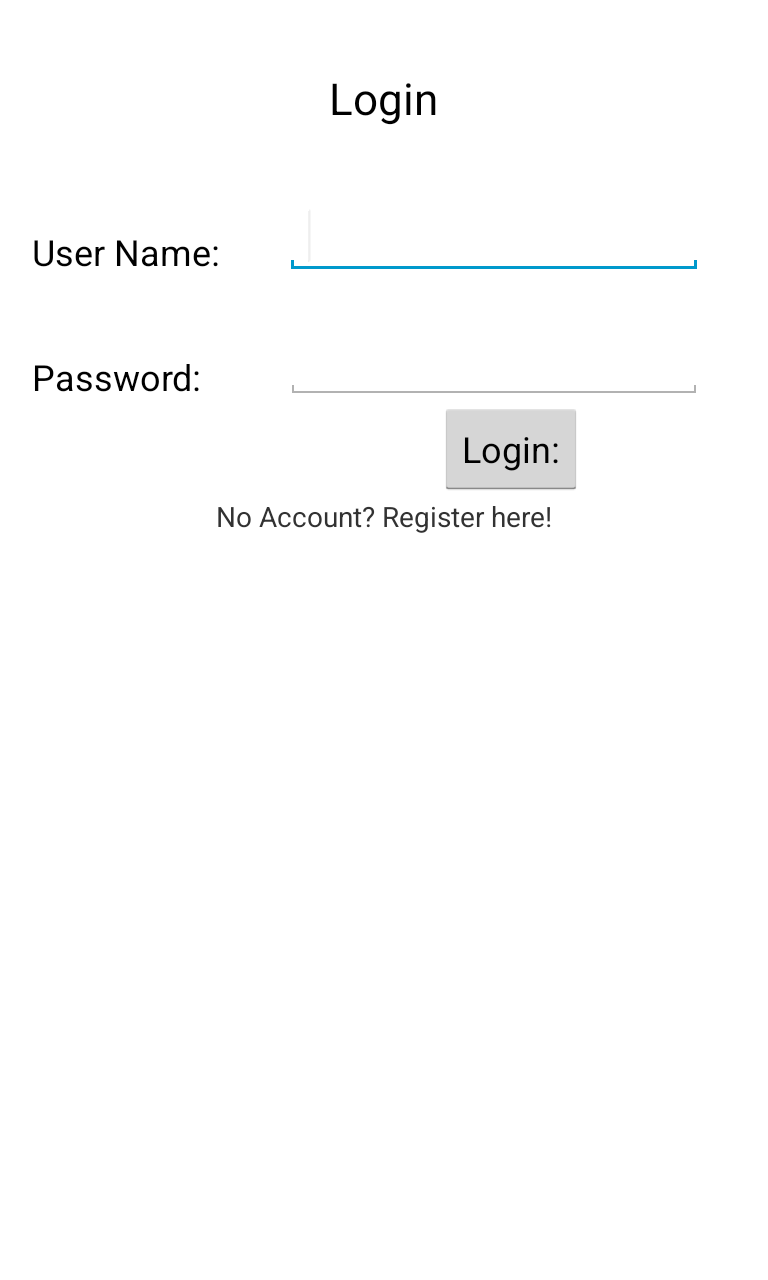
Repository: chrisberry/WebAPIWithAndroidUI
Layout: PeopleAPIAndroid/PeopleAPI/res/layout/login_main.xml
These files come from the project's save history. The layout is drawn as it stood at one moment and after the next save; the edit follows.
It is drawn on a 768 x 1280 px phone screen (xhdpi) without system bars, with theme AppTheme; the app's code is not run.

Above is the layout before, as saved 2014-02-11 18:08:36.

### PeopleAPIAndroid/PeopleAPI/res/layout/login_main.xml
<RelativeLayout xmlns:android="http://schemas.android.com/apk/res/android"
    xmlns:tools="http://schemas.android.com/tools"
    android:layout_width="match_parent"
    android:layout_height="match_parent"
    android:paddingBottom="@dimen/activity_vertical_margin"
    android:paddingLeft="@dimen/activity_horizontal_margin"
    android:paddingRight="@dimen/activity_horizontal_margin"
    android:paddingTop="@dimen/activity_vertical_margin" android:onClick="editActions"
    tools:context=".LoginMainActivity" >
    <TextView
      android:id="@+id/textView1"
      android:layout_width="wrap_content"
      android:layout_height="wrap_content"
      android:layout_alignParentTop="true"
      android:layout_centerHorizontal="true"
      android:layout_marginTop="18dp"
      android:text="@string/login_tile"
      android:textAppearance="?android:attr/textAppearanceLarge" />

   <TextView
      android:id="@+id/textView2"
      android:layout_width="wrap_content"
      android:layout_height="wrap_content"
      android:layout_alignParentLeft="true"
      android:layout_below="@+id/textView1"
      android:layout_marginTop="50dp"
      android:text="@string/username"
      android:textAppearance="?android:attr/textAppearanceMedium" />

   <EditText
      android:id="@+id/editText1"
      android:layout_width="wrap_content"
      android:layout_height="wrap_content"
      android:layout_alignBottom="@+id/textView2"
      android:layout_marginLeft="32dp"
      android:layout_toRightOf="@+id/textView2"
      android:ems="10" >

      <requestFocus />
   </EditText>

   <TextView
      android:id="@+id/textView3"
      android:layout_width="wrap_content"
      android:layout_height="wrap_content"
      android:layout_alignLeft="@+id/textView2"
      android:layout_below="@+id/textView2"
      android:layout_marginTop="38dp"
      android:text="@string/password"
      android:textAppearance="?android:attr/textAppearanceMedium" />

   <EditText
      android:id="@+id/editText2"
      android:layout_width="wrap_content"
      android:layout_height="wrap_content"
      android:layout_alignBottom="@+id/textView3"
      android:layout_alignLeft="@+id/editText1"
      android:ems="10"
      android:inputType="textPassword" />

    <Button
        android:id="@+id/button1"
        android:layout_width="wrap_content"
        android:layout_height="wrap_content"
        android:layout_below="@+id/editText2"
        android:layout_toRightOf="@+id/textView1"
        android:onClick="login"
        android:text="@string/login" />

    <TextView
        android:layout_width="wrap_content"
        android:layout_height="wrap_content"
        android:layout_below="@+id/button1"
        android:layout_centerHorizontal="true"
        android:onClick="showRegister"
        android:text="@string/register_prompt" />

</RelativeLayout>

### PeopleAPIAndroid/PeopleAPI/res/values/styles.xml
<resources>

    <!--
        Base application theme, dependent on API level. This theme is replaced
        by AppBaseTheme from res/values-vXX/styles.xml on newer devices.

    -->
    <style name="AppBaseTheme" parent="android:Theme.Light">
        <!--
            Theme customizations available in newer API levels can go in
            res/values-vXX/styles.xml, while customizations related to
            backward-compatibility can go here.

        -->
    </style>

    <!-- Application theme. -->
    <style name="AppTheme" parent="AppBaseTheme">
        <!-- All customizations that are NOT specific to a particular API-level can go here. -->
    </style>

    <color name="gray">#eaeaea</color>
    <color name="titlebackgroundcolor">#00abd7</color>
    <color name="titlecolor">#666666</color>
    <color name="register_prompt">#006699</color>

</resources>

### PeopleAPIAndroid/PeopleAPI/res/values/strings.xml
<?xml version="1.0" encoding="utf-8"?>
<resources>
    <string name="app_name">People API</string>
    <string name="action_settings">Settings</string>
    <string name="hello_world">Hello world!</string>
    <string name="login_tile">Login</string>
    <string name="register_tile">Register</string>
    <string name="register_prompt">No Account? Register here!</string>
    <string name="password">Password:</string>
    <string name="login">Login:</string>
    <string name="username">User Name:</string>
</resources>

Loaded but not shown: PeopleAPIAndroid/PeopleAPI/res/values-v11/styles.xml (common file); PeopleAPIAndroid/PeopleAPI/res/values-v14/styles.xml (common file); PeopleAPIAndroid/PeopleAPI/res/values/dimens.xml (common file)

After the next save:
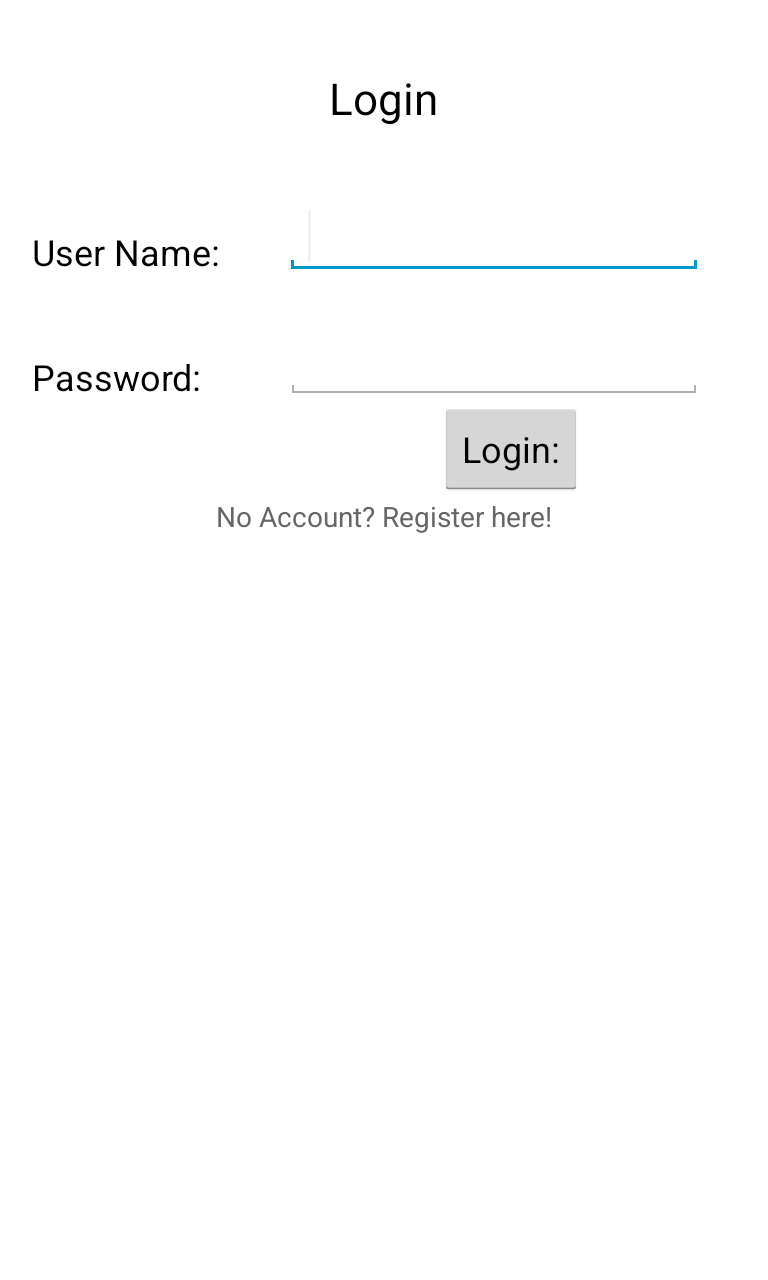
Saved 29 s later.
--- a/PeopleAPIAndroid/PeopleAPI/res/layout/login_main.xml
+++ b/PeopleAPIAndroid/PeopleAPI/res/layout/login_main.xml
@@ -73,6 +73,7 @@
         android:layout_below="@+id/button1"
         android:layout_centerHorizontal="true"
         android:onClick="showRegister"
+        android:textColor="@color/titlecolor"
         android:text="@string/register_prompt" />
 
 </RelativeLayout>
